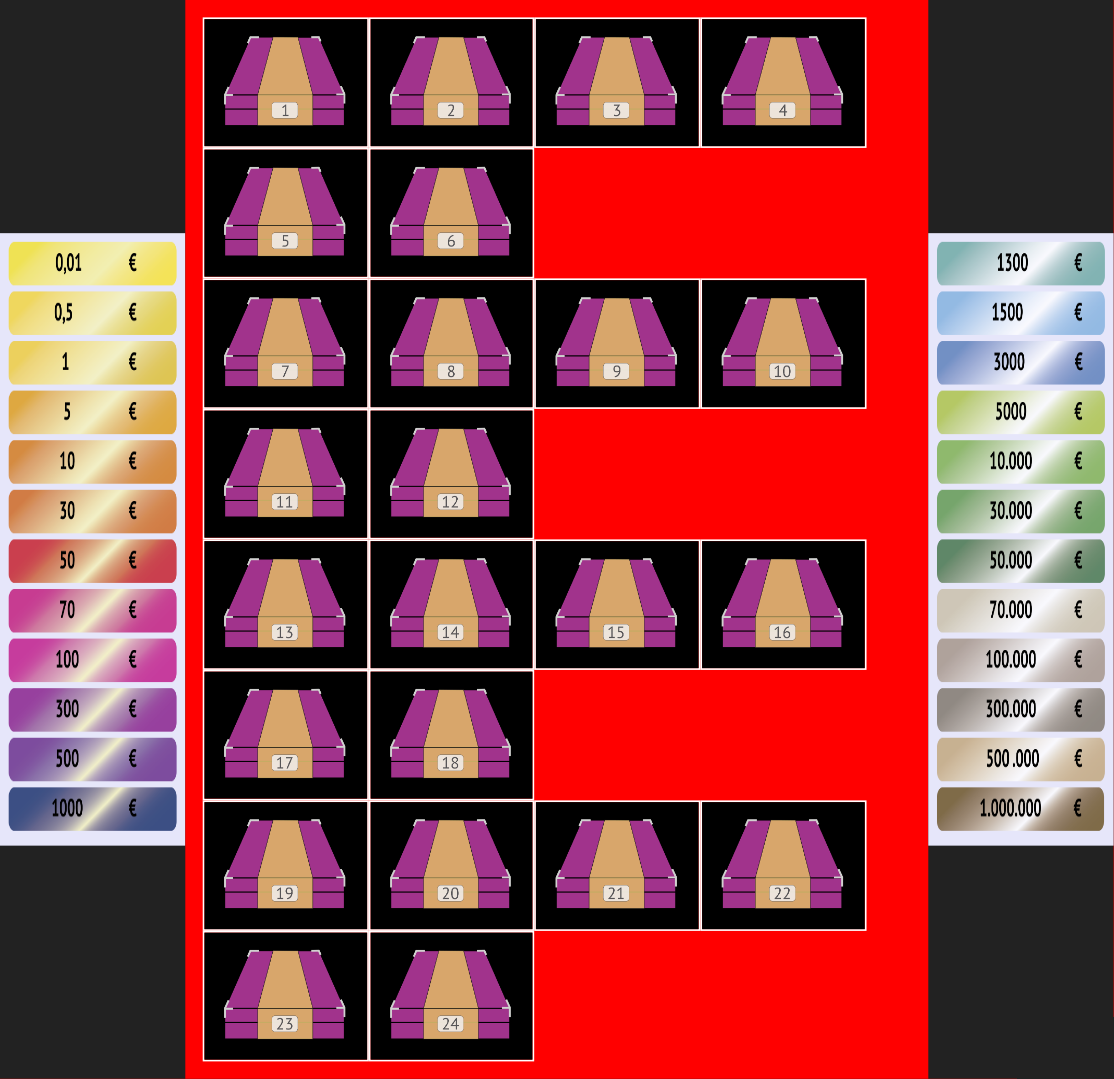
Repository: elnacp/Deal_or_no_deal
Page: DealOrNoDeal/index.html
An editor plug-in stored every save of this project. The page is shown before and after the next save, followed by the edit.
The browser window is 1280 px wide. The pictures show the whole page, at 87% of full size.
Some web libraries are served in a nearby version.

Above is the page before, as saved 2017-11-27 01:19:02.

### DealOrNoDeal/index.html
<!DOCTYPE html>
<html>
<head>
    <meta charset="utf-8" />
    <meta name="viewport" content="width=device-width, initial-scale=1.0, maximum-scale=1.0">
    <meta name="description" content="Tizen TV basic template generated by Samsung TV Web IDE"/>

    <title>Tizen TV Web IDE - Tizen TV - Tizen TV basic Application</title>

	<!-- jQuery library -->
	<script src="https://ajax.googleapis.com/ajax/libs/jquery/3.1.1/jquery.min.js"></script>
    <link rel="stylesheet" href="https://maxcdn.bootstrapcdn.com/bootstrap/4.0.0-beta.2/css/bootstrap.min.css" integrity="sha384-PsH8R72JQ3SOdhVi3uxftmaW6Vc51MKb0q5P2rRUpPvrszuE4W1povHYgTpBfshb" crossorigin="anonymous">
    <script src="https://code.jquery.com/jquery-3.2.1.slim.min.js" integrity="sha384-KJ3o2DKtIkvYIK3UENzmM7KCkRr/rE9/Qpg6aAZGJwFDMVNA/GpGFF93hXpG5KkN" crossorigin="anonymous"></script>
    <script src="https://cdnjs.cloudflare.com/ajax/libs/popper.js/1.12.3/umd/popper.min.js" integrity="sha384-vFJXuSJphROIrBnz7yo7oB41mKfc8JzQZiCq4NCceLEaO4IHwicKwpJf9c9IpFgh" crossorigin="anonymous"></script>
    <script src="https://maxcdn.bootstrapcdn.com/bootstrap/4.0.0-beta.2/js/bootstrap.min.js" integrity="sha384-alpBpkh1PFOepccYVYDB4do5UnbKysX5WZXm3XxPqe5iKTfUKjNkCk9SaVuEZflJ" crossorigin="anonymous"></script>
    <link rel="stylesheet" type="text/css" href="css/style.css"/>
    <script src="js/main.js"></script>
</head>

<body>

	<div class = "container-fluid">
		<div class="row">
   			<div class="col-md-2">

					<input type="image"  id ="prizes" src="./img/prizes/0,01.png"   />
					<input type="image"  id ="prizes" src="./img/prizes/0,5.png"   />
					<input type="image"  id ="prizes" src="./img/prizes/1.png"  	/>
					<input type="image"  id ="prizes" src="./img/prizes/5.png"  	/>
					<input type="image"  id ="prizes" src="./img/prizes/10.png"     />
					<input type="image"  id ="prizes" src="./img/prizes/30.png"     />
					<input type="image"  id ="prizes" src="./img/prizes/50.png"     />
					<input type="image"  id ="prizes" src="./img/prizes/70.png"     />
					<input type="image"  id ="prizes" src="./img/prizes/100.png"    />
					<input type="image"  id ="prizes" src="./img/prizes/300.png"    />
					<input type="image"  id ="prizes" src="./img/prizes/500.png"    />
					<input type="image"  id ="prizes" src="./img/prizes/1000.png"    />


   			</div>
    		<div class="col-md-8">

    			<div id="chests" class= "row">
					<input type="image"  id ="image" src="./img/chests/1.png"  />
					<input type="image"  id ="image" src="./img/chests/2.png"  />
					<input type="image"  id ="image" src="./img/chests/3.png"  />
					<input type="image"  id ="image" src="./img/chests/4.png"  />
					<input type="image"  id ="image" src="./img/chests/5.png"  />
					<input type="image"  id ="image" src="./img/chests/6.png"  />
				</div>
				<div id="chests" class= "row">
					<input type="image"  id ="image" src="./img/chests/7.png"   />
					<input type="image"  id ="image" src="./img/chests/8.png"   />
					<input type="image"  id ="image" src="./img/chests/9.png"   />
					<input type="image"  id ="image" src="./img/chests/10.png"  />
					<input type="image"  id ="image" src="./img/chests/11.png"  />
					<input type="image"  id ="image" src="./img/chests/12.png"  />
				</div>
				<div id="chests" class= "row">
					<input type="image"  id ="image" src="./img/chests/13.png"  />
					<input type="image"  id ="image" src="./img/chests/14.png"  />
					<input type="image"  id ="image" src="./img/chests/15.png"  />
					<input type="image"  id ="image" src="./img/chests/16.png"  />
					<input type="image"  id ="image" src="./img/chests/17.png"  />
					<input type="image"  id ="image" src="./img/chests/18.png"  />
				</div>
				<div id="chests" class= "row">
					<input type="image"  id ="image" src="./img/chests/19.png"  />
					<input type="image"  id ="image" src="./img/chests/20.png"  />
					<input type="image"  id ="image" src="./img/chests/21.png"  />
					<input type="image"  id ="image" src="./img/chests/22.png"  />
					<input type="image"  id ="image" src="./img/chests/23.png"  />
					<input type="image"  id ="image" src="./img/chests/24.png"  />
				</div>

    		</div>
   		 	<div class="col-md-2">


					<input type="image"  id ="prizes" src="./img/prizes/1300.png"   />
					<input type="image"  id ="prizes" src="./img/prizes/1500.png"   />
					<input type="image"  id ="prizes" src="./img/prizes/3000.png"  	/>
					<input type="image"  id ="prizes" src="./img/prizes/5000.png"  	/>
					<input type="image"  id ="prizes" src="./img/prizes/10.000.png"     />
					<input type="image"  id ="prizes" src="./img/prizes/30.000.png"     />
					<input type="image"  id ="prizes" src="./img/prizes/50.000.png"     />
					<input type="image"  id ="prizes" src="./img/prizes/70.000.png"     />
					<input type="image"  id ="prizes" src="./img/prizes/100.000.png"    />
					<input type="image"  id ="prizes" src="./img/prizes/300.000.png"    />
					<input type="image"  id ="prizes" src="./img/prizes/500.000.png"    />
					<input type="image"  id ="prizes" src="./img/prizes/1.000.000.png"    />


   		 	</div>
 		 </div>
	</div>

</body>

</html>

### DealOrNoDeal/css/style.css
* {
    font-family: Verdana, Lucida Sans, Arial, Helvetica, sans-serif;
}

body {
    margin: 0px auto;
    background-color:#222;
}

/*.contents {
	display: flex;
	display: -webkit-flex;
	box-sizing: border-box;
	-webkit-box-sizing: border-box;
	height:320px;
}


.content_text {
	font-weight:bold;
	font-size:5em;
	color:#fff;
}*/

.col-md-2{
	margin: auto;
	border: none;
	padding: 10px;
	display: block;
	background-color:lavender;
}

.col-md-8{
	padding: 20px;
	text-align: center;
	background-color: red;
	margin: none;
	display: block;
}

#prizes{
	width: 100%;
	height:50px;
}

#image{

	max-width:200px;
	max-height:150px;
	border: 2px solid white;
}

#chests{

	margin: auto;
	width: 100%;
}

### DealOrNoDeal/js/main.js

window.onload = function () {
    // TODO:: Do your initialization job

    // add eventListener for tizenhwkey
    document.addEventListener('tizenhwkey', function(e) {
        if(e.keyName == "back")
	try {
	    tizen.application.getCurrentApplication().exit();
	} catch (ignore) {
	}
    });



    // Sample code
    /*var textbox = document.querySelector('.contents');
    textbox.addEventListener("click", function(){
    	box = document.querySelector('#textbox');
    	box.innerHTML = box.innerHTML == "Basic" ? "Funciona" : "Basic";
    }); */


};

After the next save:
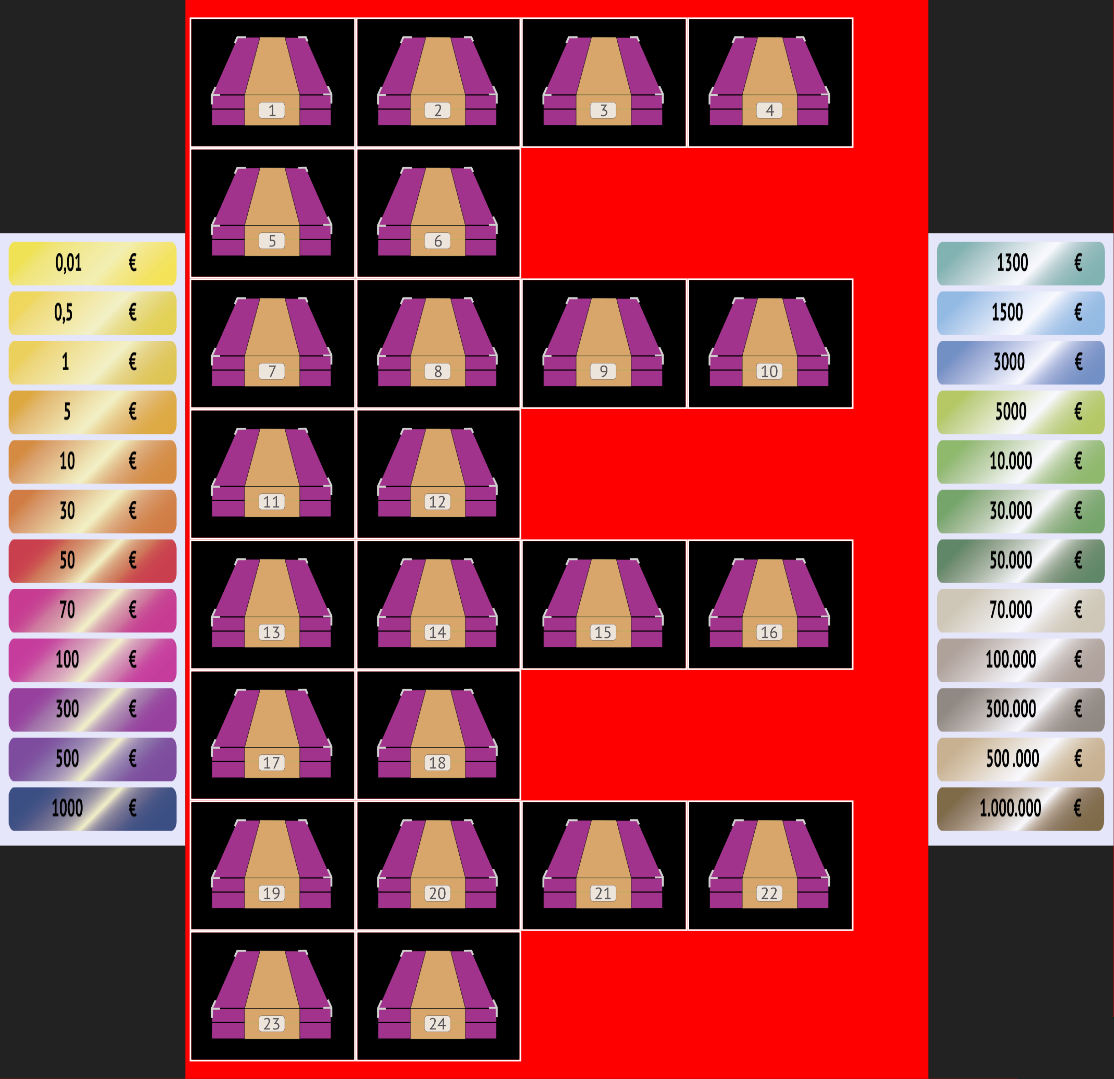
Saved 51 s later.
--- a/DealOrNoDeal/css/style.css
+++ b/DealOrNoDeal/css/style.css
@@ -52,6 +52,6 @@ body {
 
 #chests{
 
-	margin: auto;
+	margin: none;
 	width: 100%;
 }
